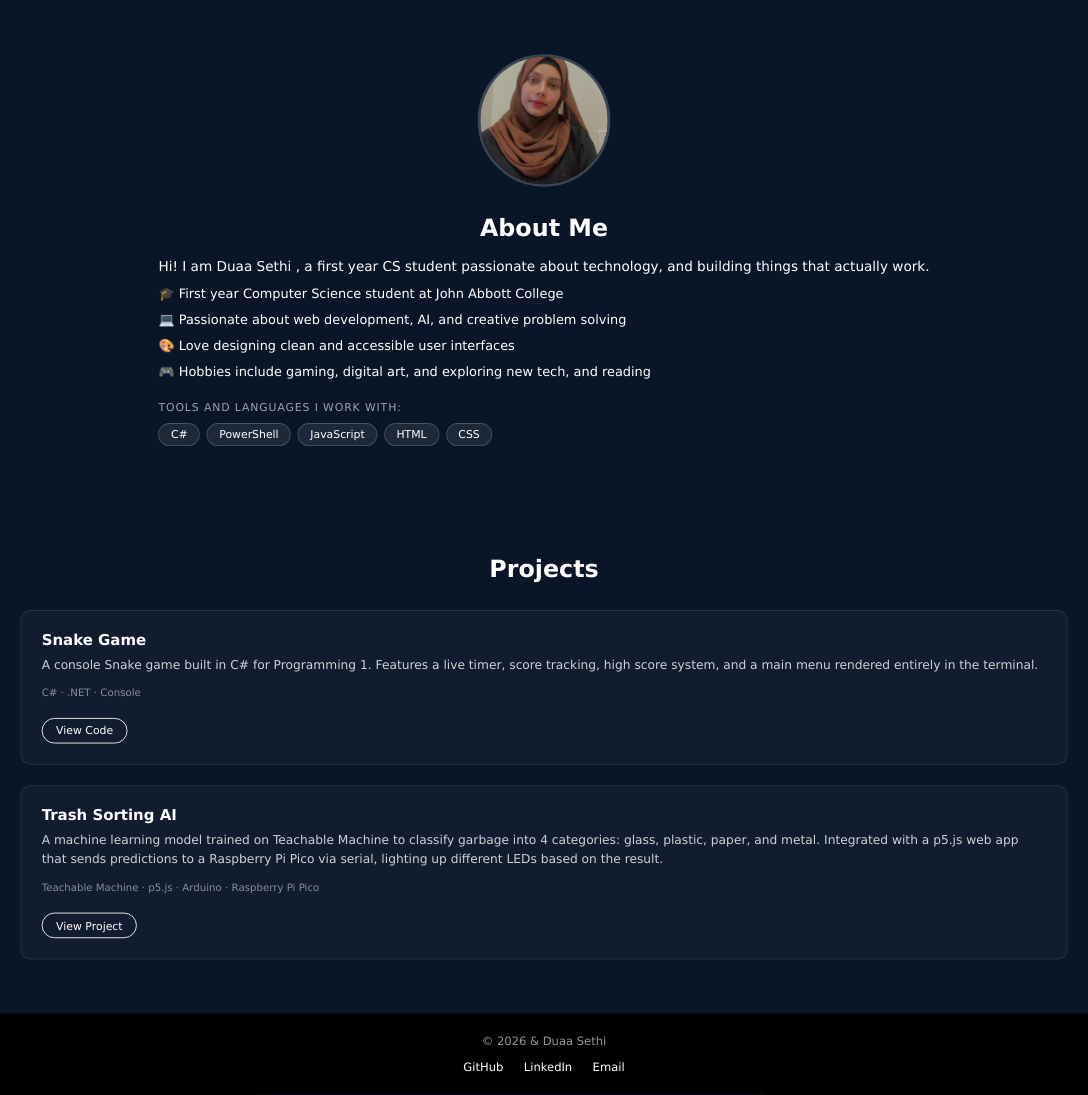
Repository: Duaa-Sethi/Duaa-Sethi
Page: index.html
These files come from the project's save history. The page is drawn as it stood at one moment and after the next save; the edit follows.
The browser window is 1280 px wide. The pictures show the part of the page from y = 835 to 2123 px (the page is 2123 px tall before and 1961 px after), at 85% of full size.
Some web fonts or font styles are not loaded; a fallback is used.

Above is the page before, as saved 2026-05-02 15:34:34.

After the next save:
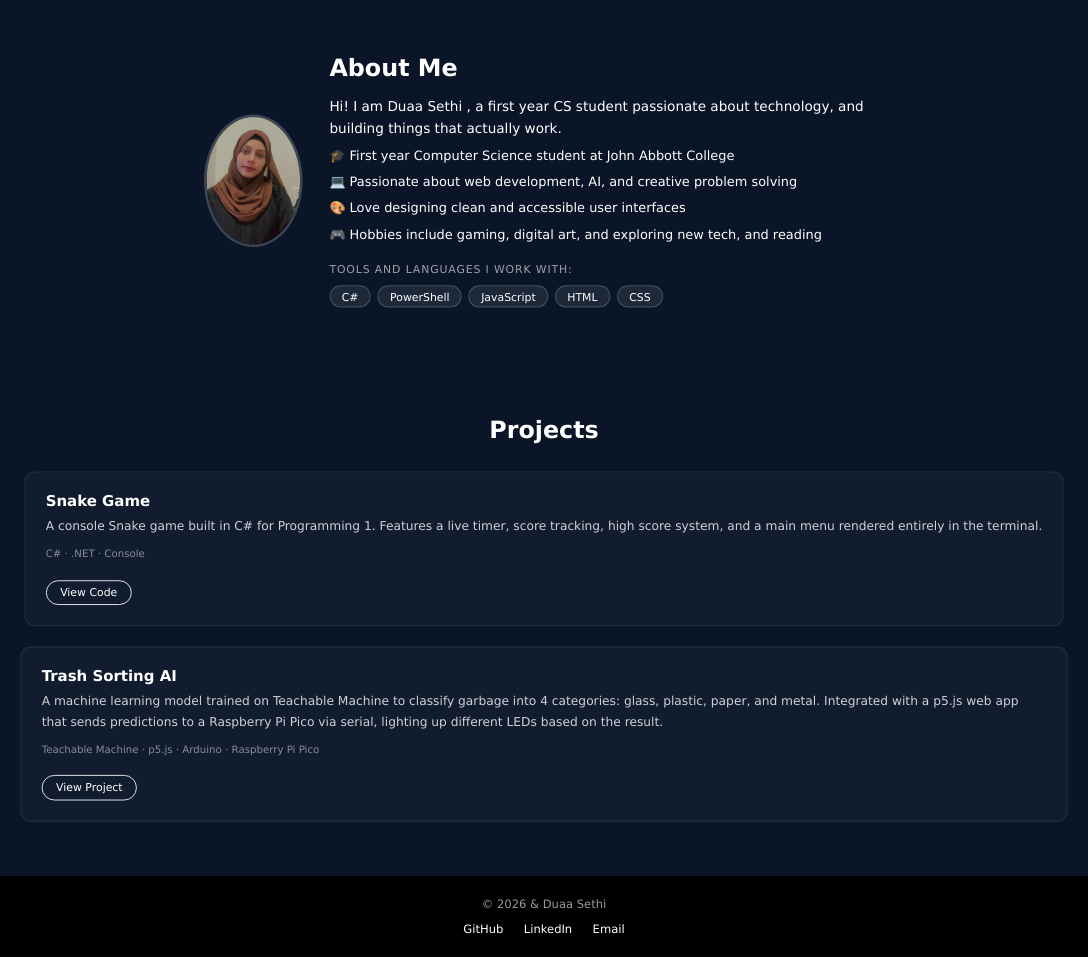
Saved 70 s later.
--- a/styles/index.css
+++ b/styles/index.css
@@ -211,6 +211,19 @@ footer p {
   .hero h1 {
     font-size: 4rem;
   }
+
+  .about {
+    flex-direction: row;
+    text-align: left;
+    max-width: 800px;
+    margin: 0 auto;
+  }
+
+  .cards {
+    flex-direction: row;
+    flex-wrap: wrap;
+    justify-content: center;
+  }
 }
 
 @media only screen and (min-width: 992px) {
